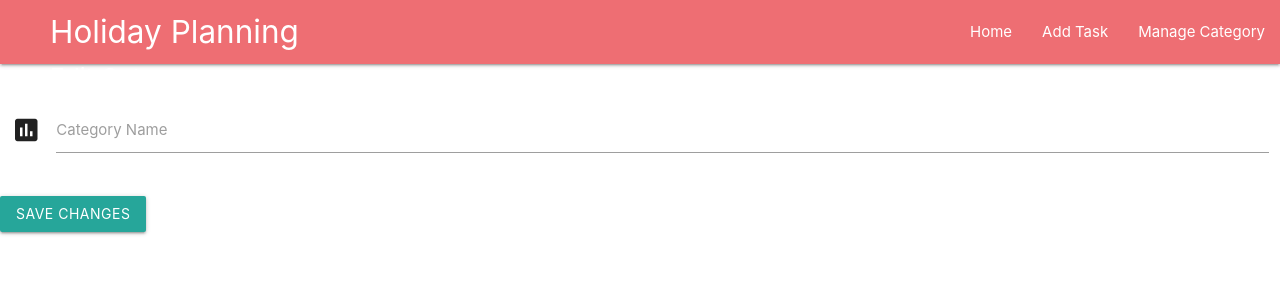
Repository: Code-Institute-Submissions/Project3-Holiday_Planning
Page: templates/editCategory.html
The author's editor kept a record of every edit. The page is drawn from the files as they stood at one moment, then again after the next edit.
The browser window is 1280 px wide. The pictures show the whole page.
Some web libraries are served in a nearby version. The page is served by the project's application, run on Flask 3 (app.py). The template is opened directly, without the code that normally fills it, so the values that code supplies are empty.

Above is the page before.

After the next edit:
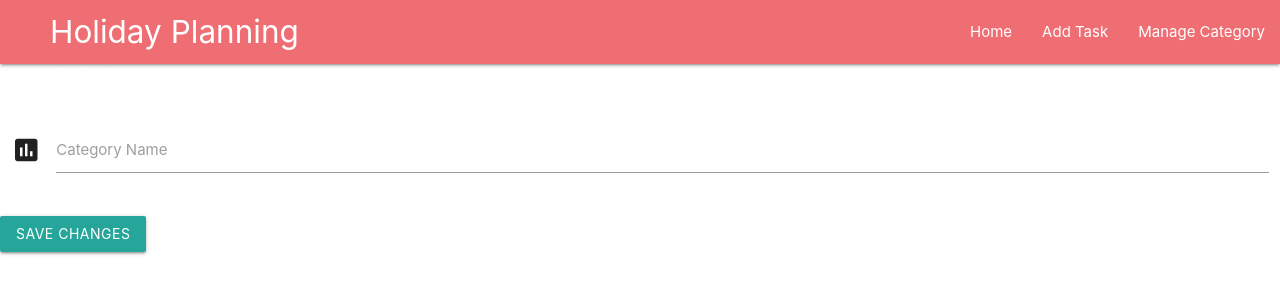
The edit:
--- a/templates/editCategory.html
+++ b/templates/editCategory.html
@@ -9,8 +9,9 @@
 
 <div class="row">
     <div class='col'></div>
-    <div class='col s11'></div>
+    </div>
     <div class="row left_margin">
+
     <form action="{{ url_for('update_category', category_id=category._id) }}" method="POST" class="col s12">
 
         <div class="row editCategory">
